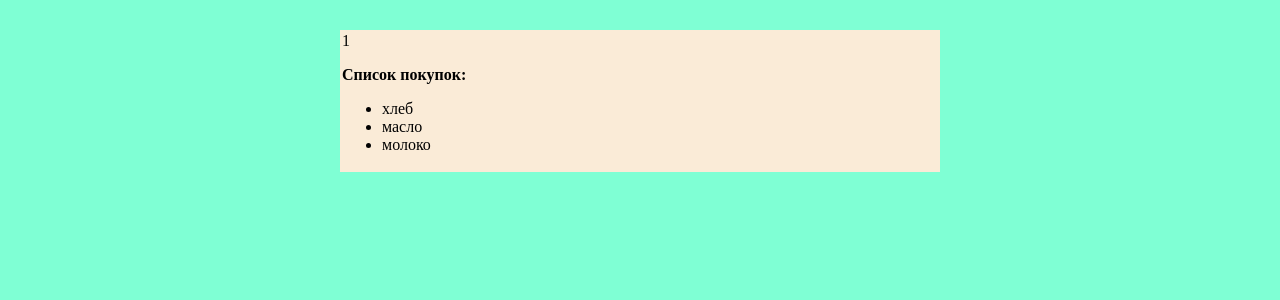
Repository: Savich01/-
Page: html/index.html
An editor plug-in stored every save of this project. The page is shown before and after the next save, followed by the edit.
The browser window is 1280 px wide. The pictures show the whole page.

Above is the page before, as saved 2024-05-31 14:10:05.

After the next save:
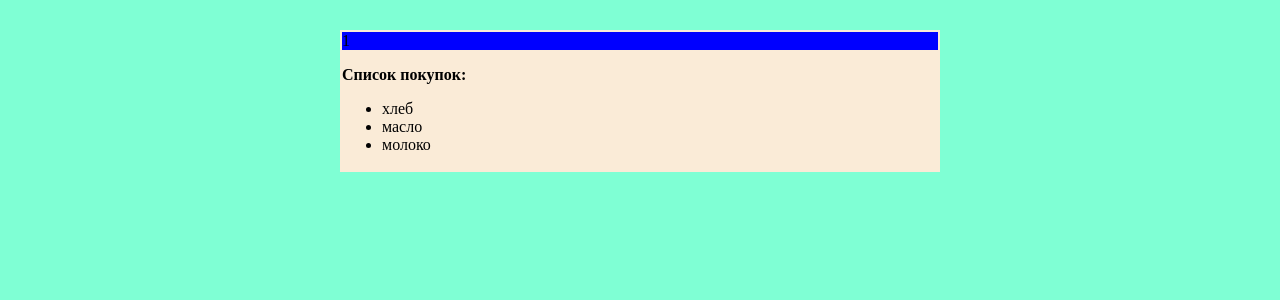
Saved 62 s later.
--- a/css/style.css
+++ b/css/style.css
@@ -10,3 +10,7 @@
     padding: 2px;
     margin-top: 30px;
 }
+
+.blok{
+    background-color: blue;
+}

After the save that followed:
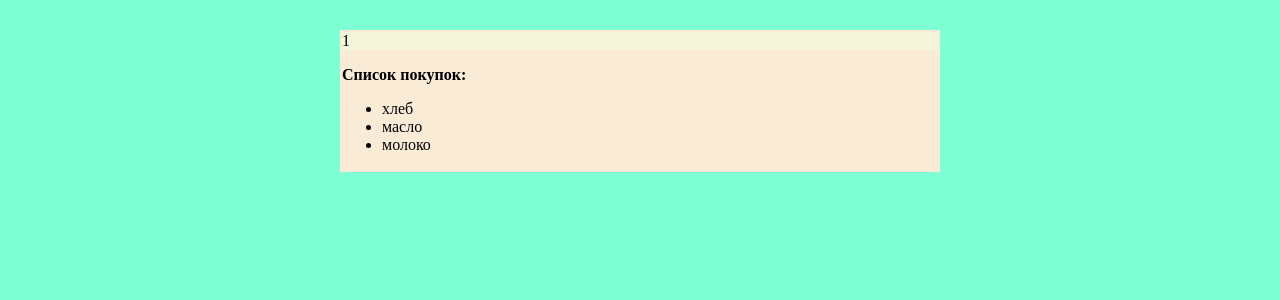
Saved 19 s later.
--- a/css/style.css
+++ b/css/style.css
@@ -12,5 +12,5 @@
 }
 
 .blok{
-    background-color: blue;
+    background-color:beige;
 }
